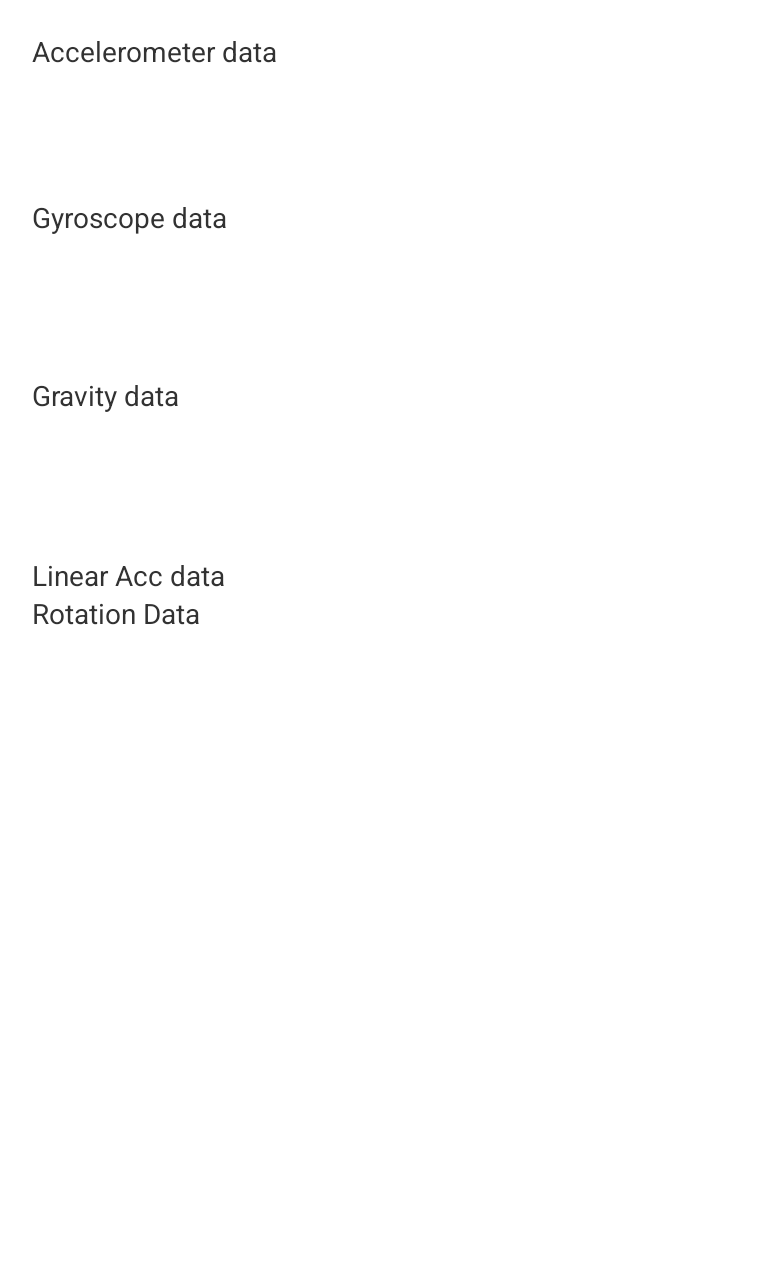
Repository: anubhavchaturvedi/MotionDroid
Layout: MotionDroid_Server/res/layout/activity_main.xml
The author's editor kept a copy of each file at every save. The layout is drawn from the files as they stood at one save, then again after the next save.
It is drawn on a 768 x 1280 px phone screen (xhdpi) without system bars, with theme AppTheme; the app's code is not run.

Above is the layout before, as saved 2014-03-16 07:08:15.

### MotionDroid_Server/res/layout/activity_main.xml
<LinearLayout xmlns:android="http://schemas.android.com/apk/res/android"
    xmlns:tools="http://schemas.android.com/tools"
    android:id="@+id/layout1"
    android:layout_width="match_parent"
    android:layout_height="match_parent"
    android:orientation="vertical"
    android:paddingBottom="@dimen/activity_vertical_margin"
    android:paddingLeft="@dimen/activity_horizontal_margin"
    android:paddingRight="@dimen/activity_horizontal_margin"
    android:paddingTop="@dimen/activity_vertical_margin"
    tools:context=".MainActivity" >

    <TextView
        android:id="@+id/data_accelerometer"
        android:layout_width="wrap_content"
        android:layout_height="wrap_content"
        android:text="Accelerometer data" />

    <TextView
        android:id="@+id/data_gyroscope"
        android:layout_width="wrap_content"
        android:layout_height="wrap_content"
        android:layout_marginTop="64dp"
        android:text="Gyroscope data" />

    <TextView
        android:id="@+id/data_gravity"
        android:layout_width="wrap_content"
        android:layout_height="wrap_content"
        android:layout_marginTop="70dp"
        android:text="Gravity data" />

    <TextView
        android:id="@+id/data_linear_acceleration"
        android:layout_width="wrap_content"
        android:layout_height="wrap_content"
        android:layout_marginTop="71dp"
        android:text="Linear Acc data" />

    <TextView
        android:id="@+id/data_rotation_vector"
        android:layout_width="wrap_content"
        android:layout_height="wrap_content"
        android:layout_marginBottom="73dp"
        android:text="Rotation Data" />

</LinearLayout>

Loaded but not shown: MotionDroid_Server/res/values/styles.xml (common file); MotionDroid_Server/res/values-v11/styles.xml (common file); MotionDroid_Server/res/values-v14/styles.xml (common file); MotionDroid_Server/res/values/dimens.xml (common file)

After the next save:
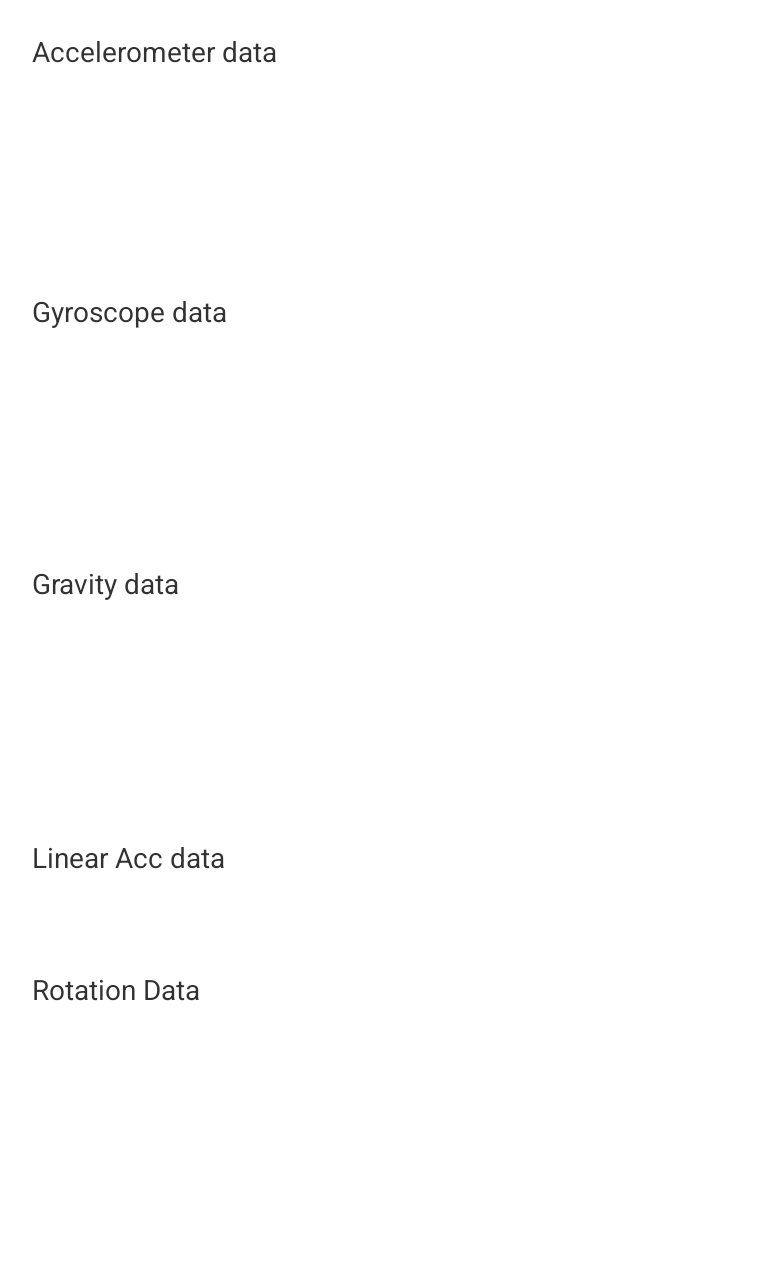
Saved 2 min 9 s later.
--- a/MotionDroid_Server/res/layout/activity_main.xml
+++ b/MotionDroid_Server/res/layout/activity_main.xml
@@ -12,36 +12,41 @@
 
     <TextView
         android:id="@+id/data_accelerometer"
-        android:layout_width="wrap_content"
+        android:layout_width="match_parent"
         android:layout_height="wrap_content"
+        android:layout_weight="1"
         android:text="Accelerometer data" />
 
     <TextView
         android:id="@+id/data_gyroscope"
-        android:layout_width="wrap_content"
+        android:layout_width="match_parent"
         android:layout_height="wrap_content"
         android:layout_marginTop="64dp"
+        android:layout_weight="1"
         android:text="Gyroscope data" />
 
     <TextView
         android:id="@+id/data_gravity"
-        android:layout_width="wrap_content"
+        android:layout_width="match_parent"
         android:layout_height="wrap_content"
         android:layout_marginTop="70dp"
+        android:layout_weight="1"
         android:text="Gravity data" />
 
     <TextView
         android:id="@+id/data_linear_acceleration"
-        android:layout_width="wrap_content"
+        android:layout_width="match_parent"
         android:layout_height="wrap_content"
         android:layout_marginTop="71dp"
+        android:layout_weight="1"
         android:text="Linear Acc data" />
 
     <TextView
         android:id="@+id/data_rotation_vector"
-        android:layout_width="wrap_content"
+        android:layout_width="match_parent"
         android:layout_height="wrap_content"
         android:layout_marginBottom="73dp"
+        android:layout_weight="1"
         android:text="Rotation Data" />
 
 </LinearLayout>
